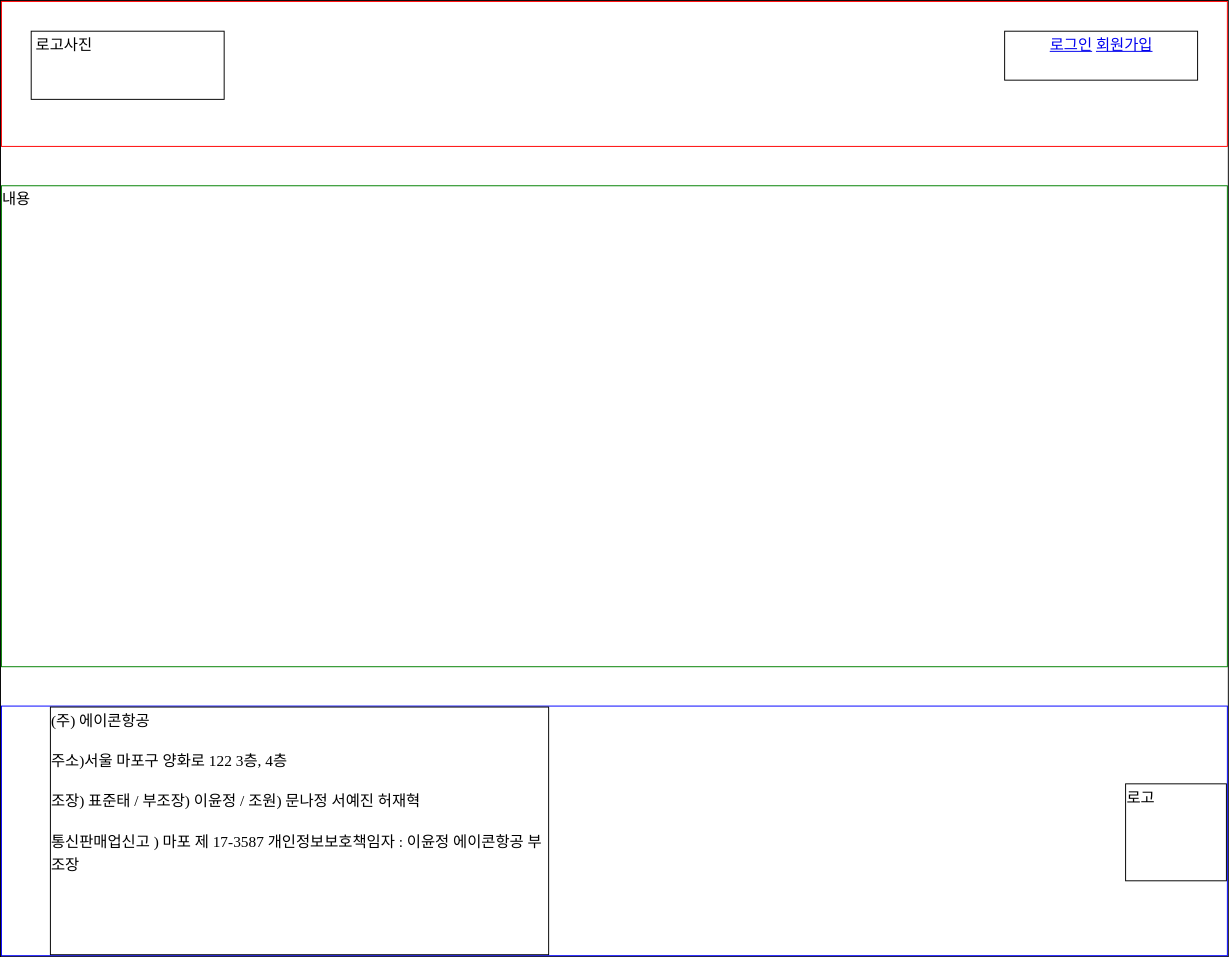
Repository: juntae710/Acorn_AirlineReservation_Project
Page: http://localhost/prj3_1/WEB-INF/views/h_index.jsp
The author's editor kept a copy of each file at every save. The page is drawn from the files as they stood at one save, then again after the next save.
The browser window is 1280 px wide. The pictures show the whole page, at 96% of full size.
The page is served by Tomcat 9. Nobody is signed in. Other server files are loaded and not shown. The template is opened directly, without the code that normally fills it, so the values that code supplies are empty.

Above is the page before, as saved 2023-09-20 01:19:36.

### Eclipse/prj3_1/src/main/webapp/WEB-INF/views/h_index.jsp
<%@ page language="java" contentType="text/html; charset=UTF-8" pageEncoding="UTF-8"%>
<!DOCTYPE html>
<html>
<head>
<meta charset="UTF-8">
<title>Insert title here</title>
<style>
* {
	margin: 0;
}

main {
	border: 1px solid black;
}

header {
	border: 1px solid red;
	height: 150px;
	display: flex;
	position: relative;
}

.headerimg {
	width: 200px;
	height: 70px;
	border: 1px solid black;
	position: absolute;
	left: 30px;
	top: 30px;
}

.headerAtag {
	width: 200px;
	height: 50px;
	border: 1px solid black;
	position: absolute;
	right: 30px;
	top: 30px;
	text-align: center;
}

section {
	border: 1px solid green;
	height: 500px;
	margin-top: 40px;
}

footer {
	border: 1px solid blue;
	height: 259px;
	margin-top: 40px;
	margin-bottom: 0px;
	display: flex;
}


.footer_info{
border: 1px solid black;
margin-left: 50px;
width: 1000px;


}
.footer_img{
border: 1px solid black;
width: 200px;
height: 100px;
margin-left: 600px;
margin-top: 80px;
}
</style>
</head>
<body>
	<main>
		<header>
			<div class="headerimg">
				<img src="" alt=""> 로고사진
			</div>

			<%
			String id = (String) session.getAttribute("id");
			%>

			<div class="headerAtag">
				<%
				if (id == null) {
				%>
				<a href="<%=request.getContextPath()%>/h_login">로그인</a>
				<%
				%>
				<a href="<%=request.getContextPath()%>/l_join">회원가입</a>
				<%
				} else {
				%>
				<p>아이디: <%=id%>님 </p>
				<a href="<%=request.getContextPath()%>/h_logOut">로그아웃</a>
				<a href="<%=request.getContextPath()%>/UUA.do">마이페이지</a>

				<%
				}
				%>
			</div>

		</header>

		<section>내용</section>



		<footer>
		<div class="footer_info">(주) 에이콘항공 <br><br>
			 주소)서울 마포구 양화로 122 3층, 4층 <br><br>
			조장) 표준태 / 부조장) 이윤정 / 조원) 문나정 서예진 허재혁 <br><br>
			통신판매업신고 ) 마포 제 17-3587 개인정보보호책임자 : 이윤정 에이콘항공 부조장
		 </div>
		<div class="footer_img"><img alt="" src="">로고</div>
		</footer>
	</main>
</body>
</html>

After the next save:
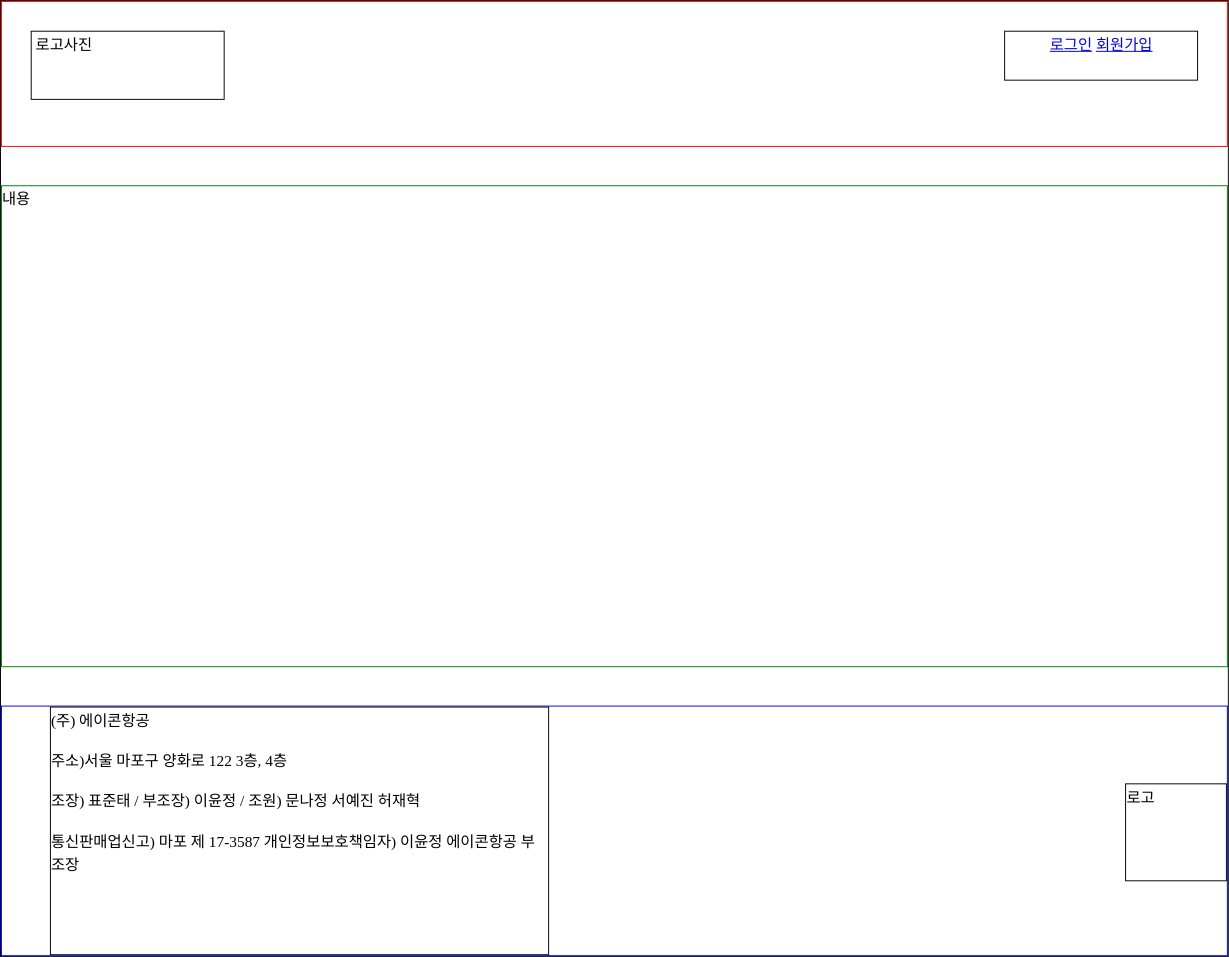
Saved 9 s later.
--- a/Eclipse/prj3_1/src/main/webapp/WEB-INF/views/h_index.jsp
+++ b/Eclipse/prj3_1/src/main/webapp/WEB-INF/views/h_index.jsp
@@ -111,7 +111,7 @@ margin-top: 80px;
 		<div class="footer_info">(주) 에이콘항공 <br><br>
 			 주소)서울 마포구 양화로 122 3층, 4층 <br><br>
 			조장) 표준태 / 부조장) 이윤정 / 조원) 문나정 서예진 허재혁 <br><br>
-			통신판매업신고 ) 마포 제 17-3587 개인정보보호책임자 : 이윤정 에이콘항공 부조장
+			통신판매업신고) 마포 제 17-3587 개인정보보호책임자) 이윤정 에이콘항공 부조장
 		 </div>
 		<div class="footer_img"><img alt="" src="">로고</div>
 		</footer>
